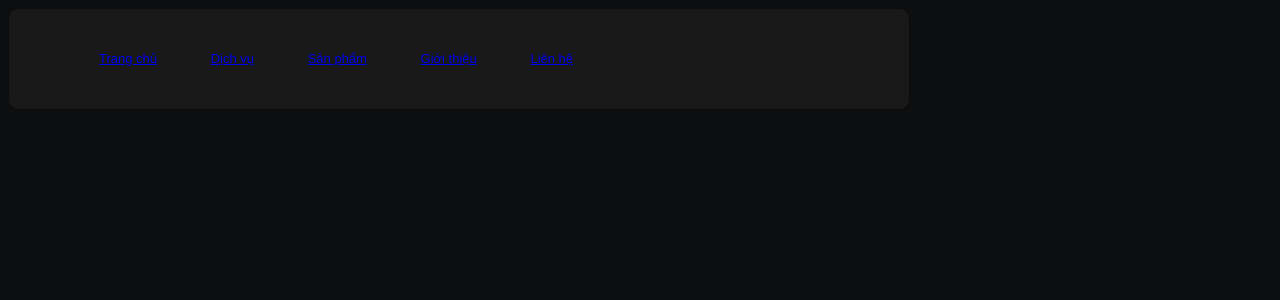
Repository: andytrn0/ElectronJS
Page: GUI/index.html
An editor plug-in stored every save of this project. The page is shown before and after the next save, followed by the edit.
The browser window is 1280 px wide. The pictures show the whole page.

Above is the page before, as saved 2024-10-15 14:00:37.

### GUI/index.html
<!DOCTYPE html>
<html>
  <head>
    <title>Trang chủ </title>
    <link rel="stylesheet" href="../CSS/index.css">
  </head>

<body>
  <div id="menu">
    <ul>
      <li><a href="#">Trang chủ</a></li>
      <li><a href="#">Dịch vụ</a></li>
      <li><a href="#">Sản phẩm</a></li>
      <li><a href="#">Giới thiệu</a></li>
      <li><a href="#">Liên hệ</a></li>
    </ul>
  </div>
</body>

</html>

### CSS/index.css
body
{
    background-color:rgb(12, 14, 16)
}
#menu
{
 width: 900px;
 border: 1px solid #0d0c0c;
 height: 100px;
 background-color: #181818;
 font-family: Helvetica, sans-serif;
 font-size: 13px;
 border-radius: 10px;
 -moz-border-radius: 10px;
 -webkit-border-radius: 10px;
}
#menu ul
{
  margin-top:  42px;
}
#menu ul li
{
  list-style-type: none;
  display: inline;
  margin-left: 50px;
}

After the next save:
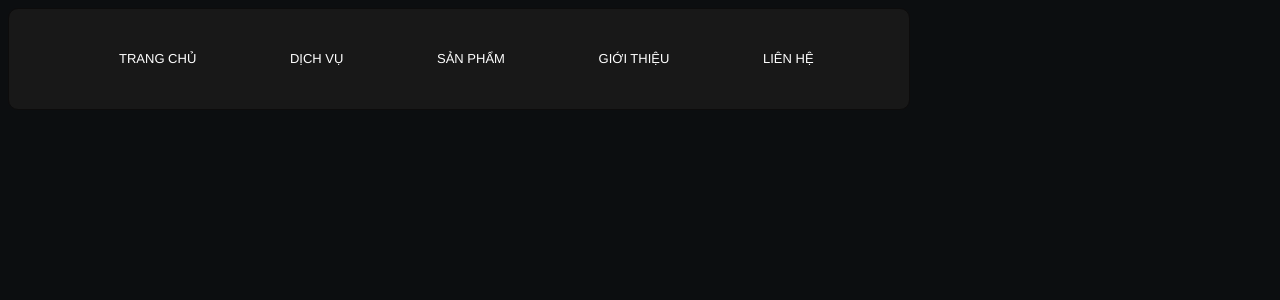
Saved 42 s later.
--- a/CSS/index.css
+++ b/CSS/index.css
@@ -24,3 +24,29 @@
   display: inline;
   margin-left: 50px;
 }
+#menu ul li a:link
+{
+   color: #FFF;
+   text-decoration: none;
+   text-transform: uppercase;
+   padding-top: 40px;
+   padding-bottom: 40px;
+   padding-left: 20px;
+   padding-right: 20px;
+}
+
+#menu ul li a:visited
+{
+   color: #FFF;
+   text-decoration: none;
+   text-transform: uppercase;
+}
+
+#menu ul li a:hover
+{
+   color: #FFF;
+   background-color: #81B101;
+   -webkit-box-shadow: 0px 4px 5px rgba(50, 50, 50, 0.93);
+   -moz-box-shadow:    0px 4px 5px rgba(50, 50, 50, 0.93);
+   box-shadow:         0px 4px 5px rgba(50, 50, 50, 0.93);
+}
